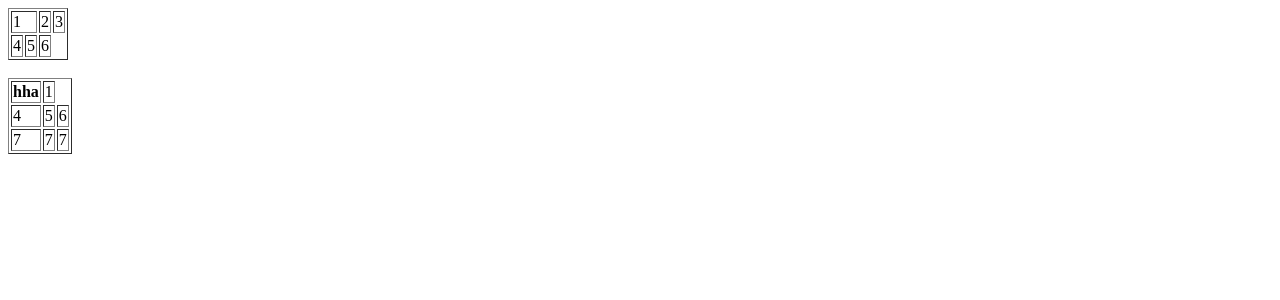
Repository: Jutta197/frontend726
Page: table.html
The author's editor kept a copy of each file at every save. The page is drawn from the files as they stood at one save, then again after the next save.
The browser window is 1280 px wide. The pictures show the whole page.

Above is the page before, as saved 2023-07-27 13:50:06.

### table.html
<!DOCTYPE html>
<html lang="en">

<head>
    <meta charset="UTF-8">
    <meta http-equiv="X-UA-Compatible" content="IE=edge">
    <meta name="viewport" content="width=device-width, initial-scale=1.0">
    <title>Document</title>
</head>

<body>
    <table border="1">
        <tr>
            <td colspan="2">1</td>
            <td>2</td>
            <td>3</td>
        </tr>
        <tr>
            <td rowspan="2">4</td>
            <td>5</td>
            <td>6</td>
        </tr>
    </table>
    <br>
    <table border="1">
        <tr>
            <th>hha</th>
            <td>1</td>
        </tr>
        <tr>
            <td>4</td>
            <td>5</td>
            <td>6</td>
        </tr>
        <tr>
            <td>7</td>
            <td>7</td>
            <td>7</td>
        </tr>
    </table>
</body>

</html>

After the next save:
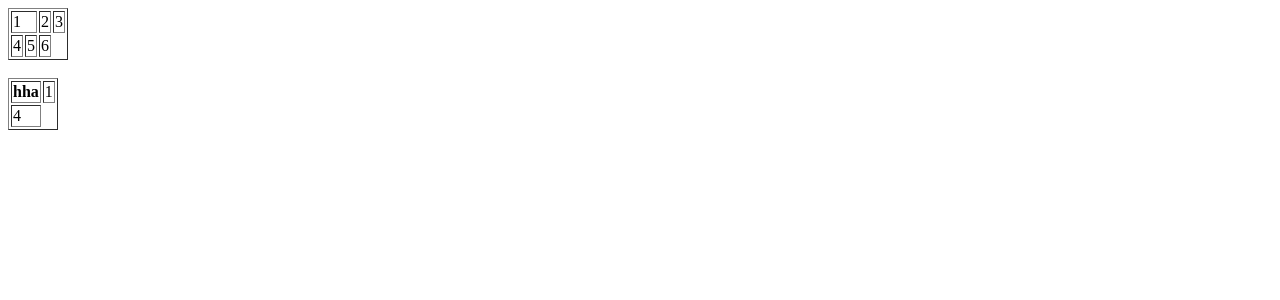
Saved 13 s later.
--- a/table.html
+++ b/table.html
@@ -29,13 +29,6 @@
         </tr>
         <tr>
             <td>4</td>
-            <td>5</td>
-            <td>6</td>
-        </tr>
-        <tr>
-            <td>7</td>
-            <td>7</td>
-            <td>7</td>
         </tr>
     </table>
 </body>
